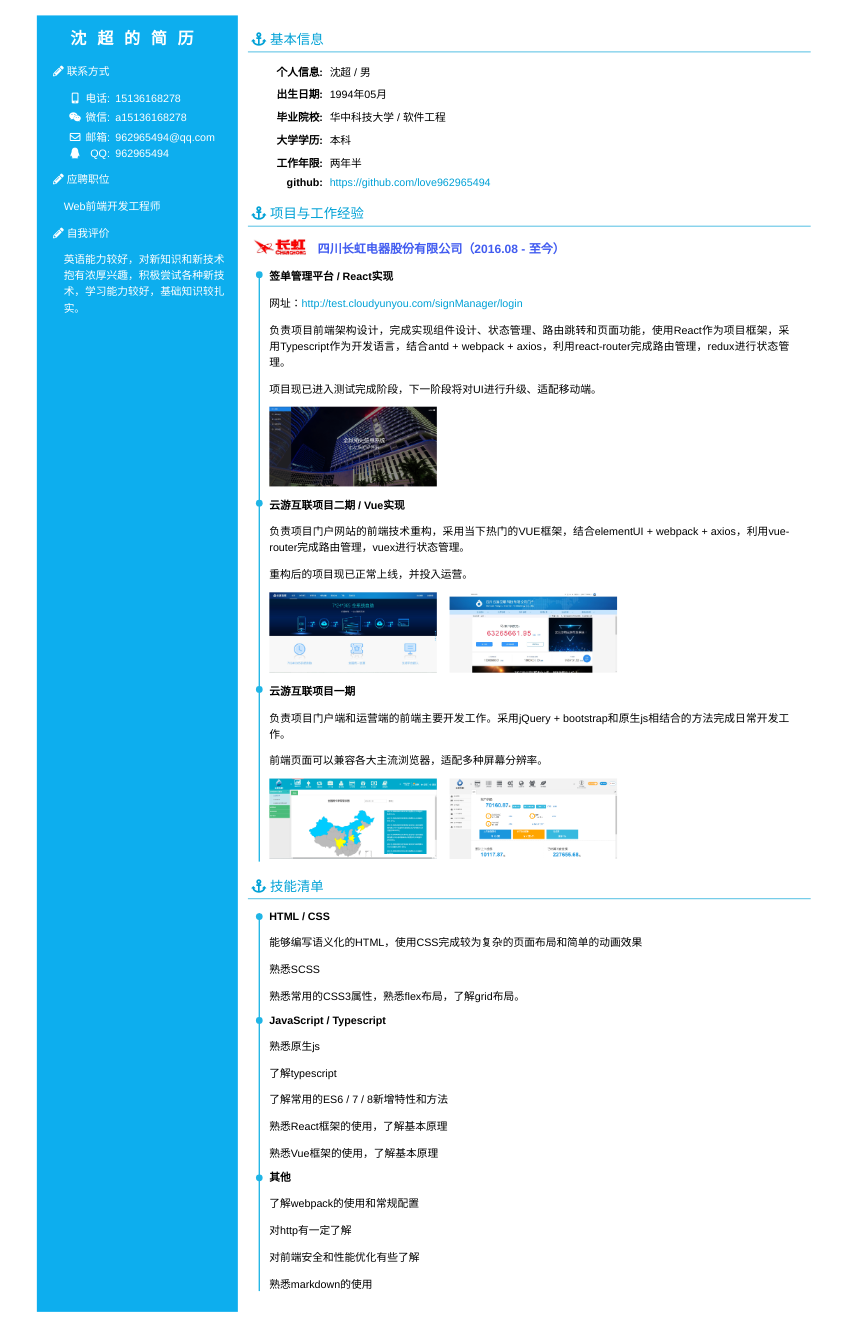
Repository: love962965494/my-resume
Page: index.html
An editor plug-in stored every save of this project. The page is shown before and after the next save, followed by the edit.
The browser window is 1280 px wide. The pictures show the whole page, at 67% of full size.
Some web libraries are served in a nearby version. The style sheet was rebuilt from its Sass, Less or Tailwind sources for each picture, by a compiler version that may differ from the author's.

Above is the page before, as saved 2018-09-08 20:37:02.

After the next save:
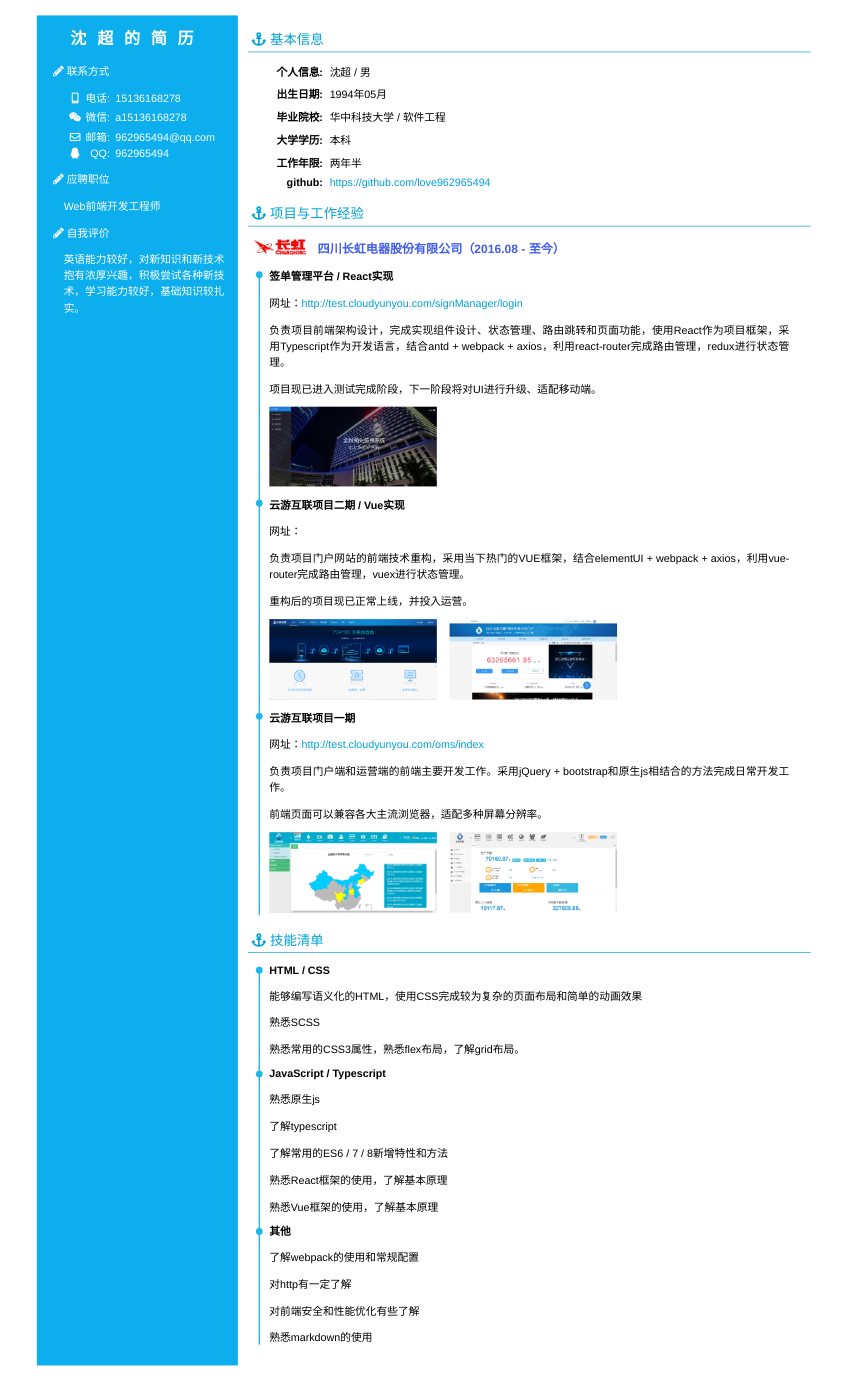
Saved 4 min 0 s later.
--- a/index.html
+++ b/index.html
@@ -145,6 +145,7 @@
                 <li class="work__item">
                   <div class="work__item--name">云游互联项目二期 / Vue实现</div>
                   <div class="work__item--info">
+                    <p>网址：</p>
                     <p>负责项目门户网站的前端技术重构，采用当下热门的VUE框架，结合elementUI + webpack +
                       axios，利用vue-router完成路由管理，vuex进行状态管理。</p>
                     <p>重构后的项目现已正常上线，并投入运营。</p>
@@ -157,6 +158,8 @@
                 <li class="work__item">
                   <div class="work__item--name">云游互联项目一期</div>
                   <div class="work__item--info">
+                    <p>网址：<a target="_blank"
+                        href="http://test.cloudyunyou.com/oms/index">http://test.cloudyunyou.com/oms/index</a></p>
                     <p>负责项目门户端和运营端的前端主要开发工作。采用jQuery +
                       bootstrap和原生js相结合的方法完成日常开发工作。</p>
                     <p>前端页面可以兼容各大主流浏览器，适配多种屏幕分辨率。</p>
